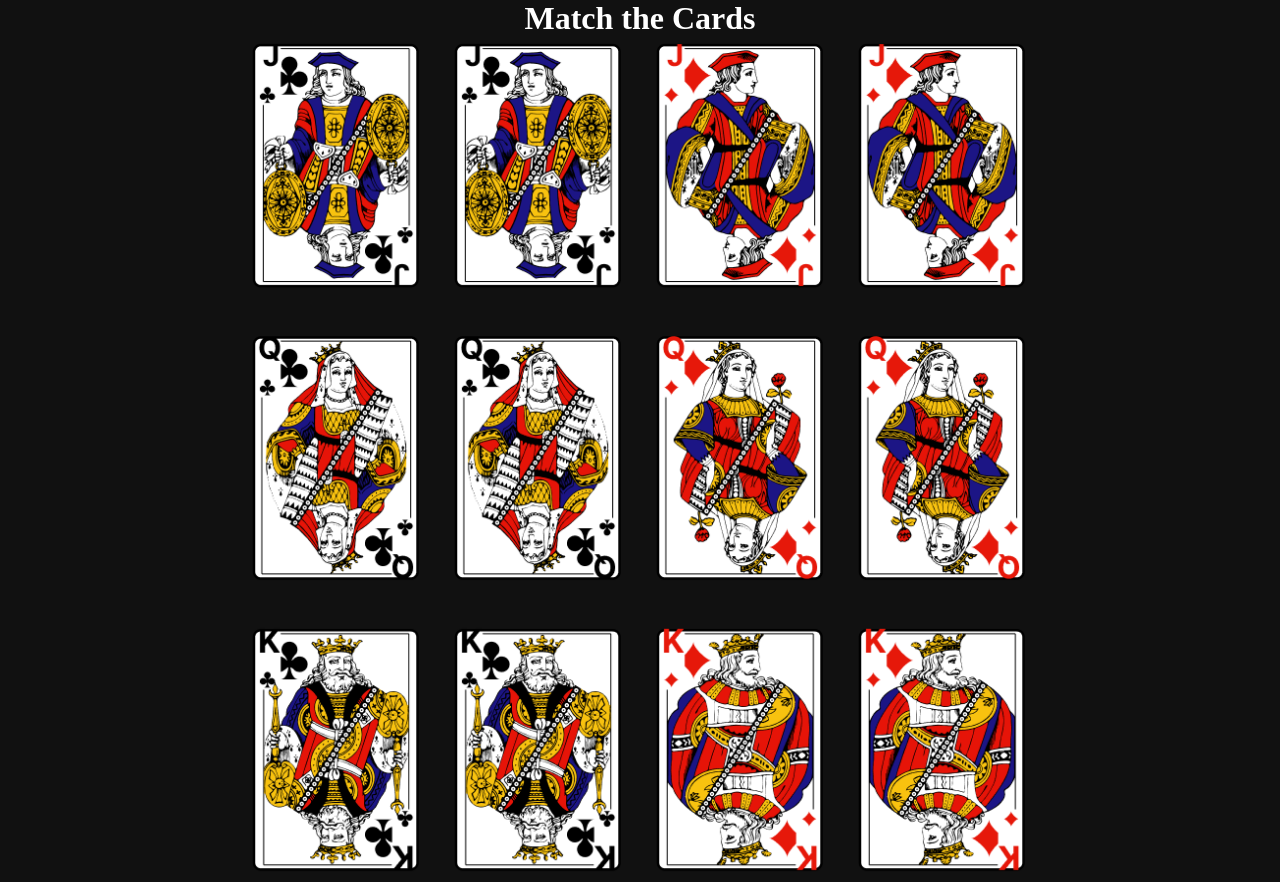
Repository: ThisIsSahaj/Js-Games
Page: MemoryCards/index.html
An editor plug-in stored every save of this project. The page is shown before and after the next save, followed by the edit.
The browser window is 1280 px wide. The pictures show the whole page.

Above is the page before, as saved 2024-05-15 19:24:11.

After the next save:
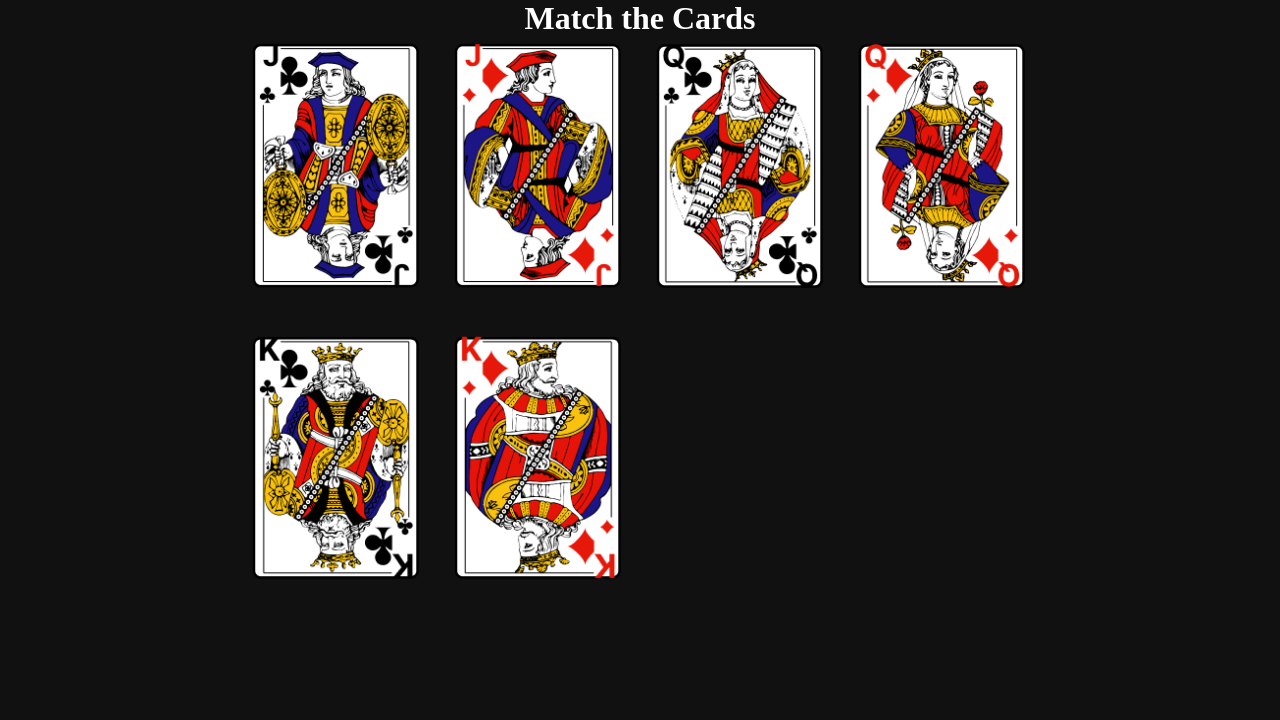
Saved 9 s later.
--- a/MemoryCards/script.js
+++ b/MemoryCards/script.js
@@ -49,5 +49,5 @@
 
 data.forEach(element => {
   generateCards(element);
-  generateCards(element);
+  // generateCards(element);
 });
